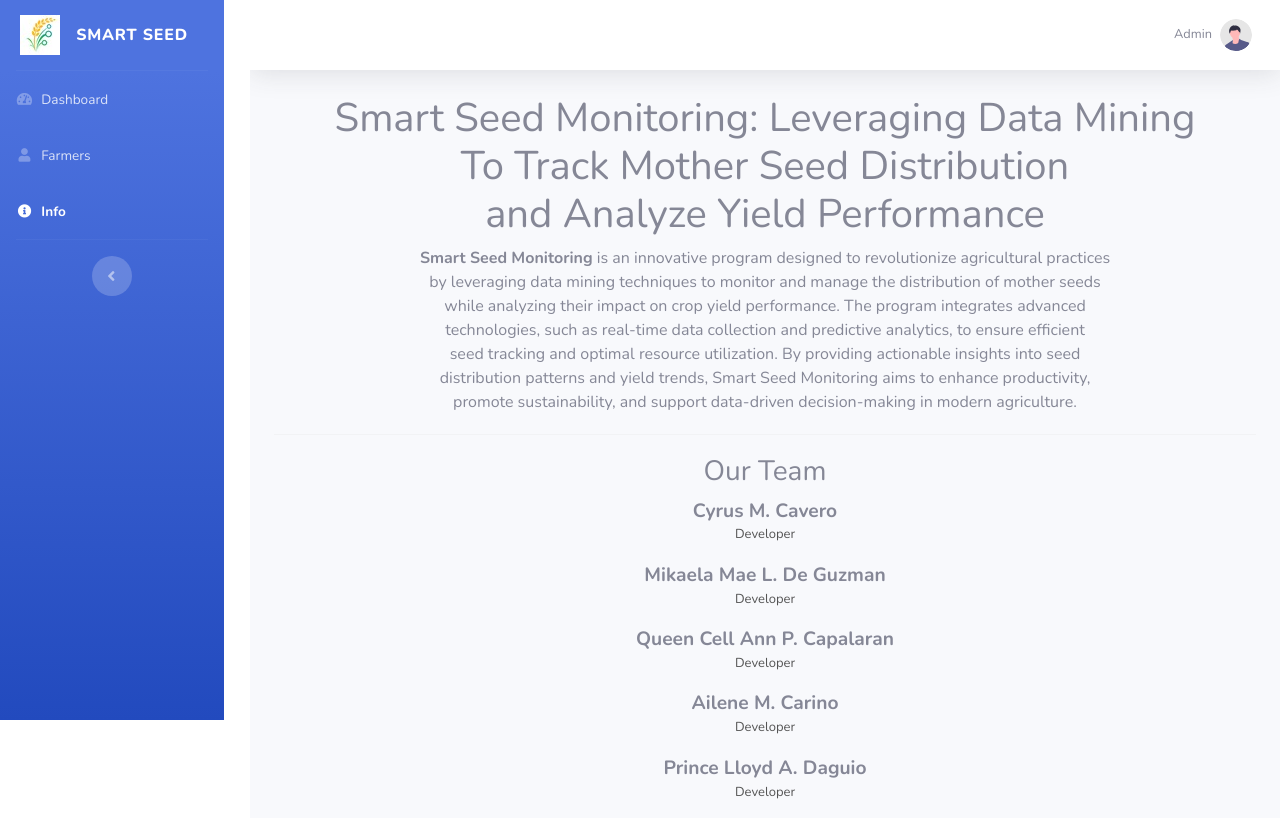
Repository: IFoundGeorge/Smart-Seed-v8-master
Page: src/info.html
These files come from the project's save history. The page is drawn as it stood at one moment and after the next save; the edit follows.
The browser window is 1280 px wide. The pictures show the whole page.
The page's requests for data from a server got no answer. Some web libraries are served in a nearby version.

Above is the page before, as saved 2025-03-18 22:34:56.

After the next save:
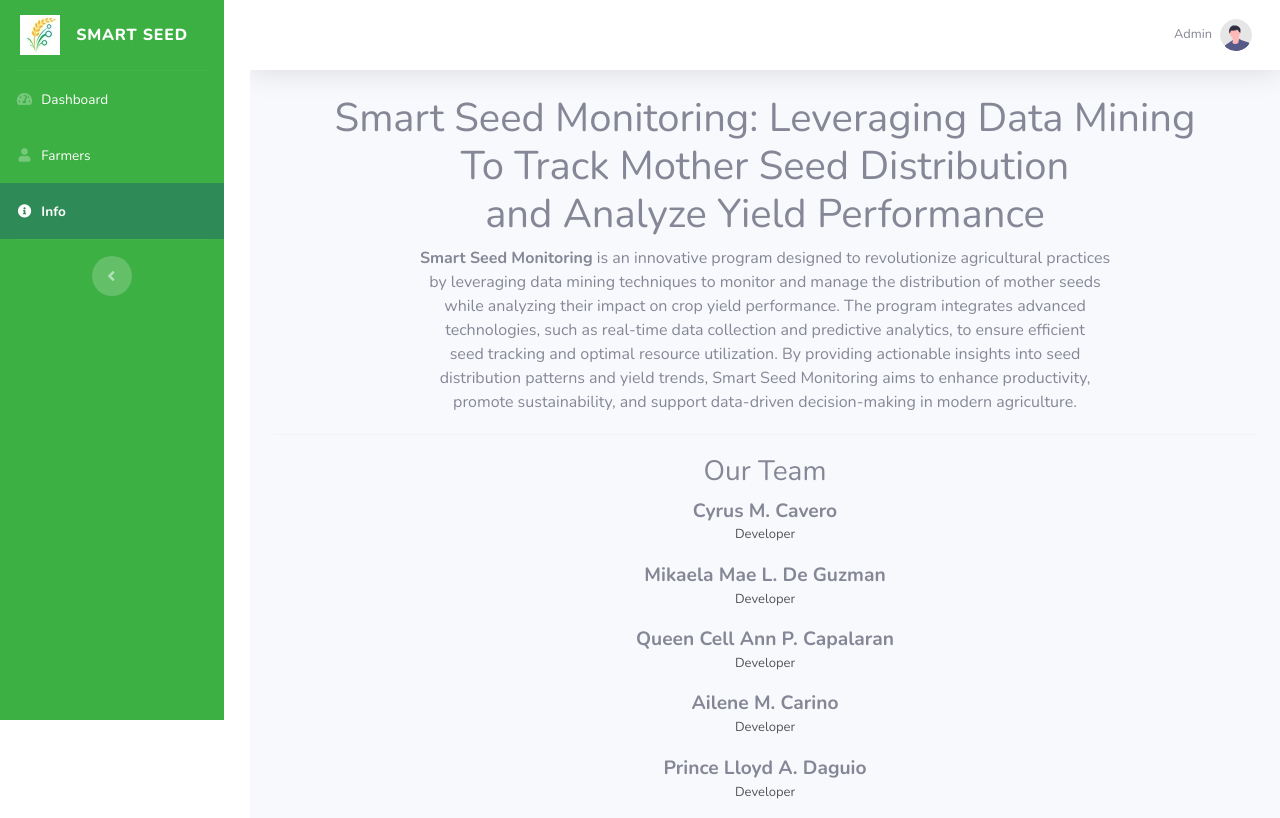
Saved 7 min 40 s later.
--- a/src/info.html
+++ b/src/info.html
@@ -23,7 +23,24 @@
     <link href="../node_modules/startbootstrap-sb-admin-2/css/sb-admin-2.min.css" rel="stylesheet">
 
     <link href="../css/sb-admin-2.css" rel="stylesheet">
-    </style>
+    <style>
+    /* Change the color of sidebar links */
+    .sidebar .nav-item .nav-link {
+        color: white; /* Default text color */
+    }
+
+    /* Change the hover color for sidebar links */
+    .sidebar .nav-item .nav-link:hover {
+        background-color: #2e8b57; /* Darker green on hover */
+        color: white; /* Text color on hover */
+    }
+
+    /* Change the color of active sidebar links */
+    .sidebar .nav-item.active .nav-link {
+        background-color: #2e8b57; /* Darker green for active links */
+        color: white; /* Text color for active links */
+    }
+</style>
 </head>
 
 <body id="page-top">
@@ -32,7 +49,7 @@
     <div id="wrapper">
 
         <!-- Sidebar -->
-        <ul class="navbar-nav bg-gradient-primary sidebar sidebar-dark accordion" id="accordionSidebar">
+        <ul class="navbar-nav sidebar sidebar-dark accordion" id="accordionSidebar" style="background-color: #3cb043;">
 
             <!-- Sidebar - Brand -->
             <a class="sidebar-brand d-flex align-items-center justify-content-center" href="index.html">
